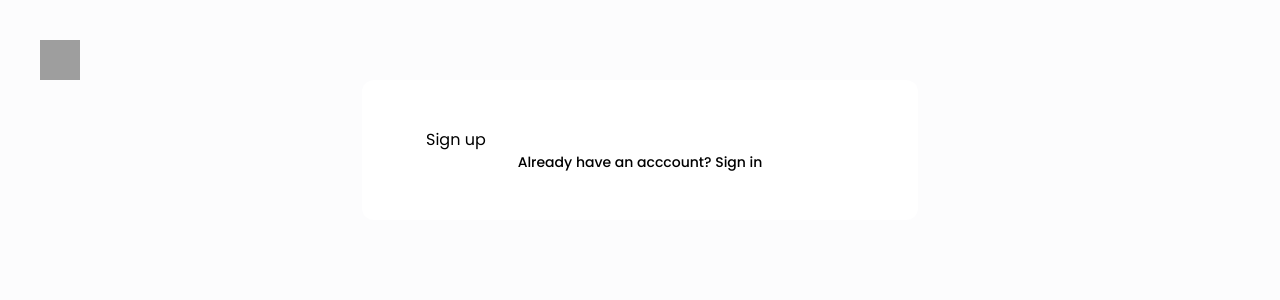
Repository: theweirdboiz/cudotiem-admin
Page: /auth/signup
An editor plug-in stored every save of this project. The page is shown before and after the next save, followed by the edit.
The browser window is 1280 px wide. The pictures show the whole page.
Pictures or frames that could not be fetched are drawn as grey boxes. The project was rebuilt for these pictures with package versions that can differ from the ones it lists, and the page was loaded fresh each time. Some packages were replaced by stand-ins written for this rebuild. Also part of the build but not shown: vite.config.js, src/components/checkbox/Checkbox.jsx, src/components/input/Input.jsx, src/components/common/ErrorComponent.jsx, src/layouts/components/header/Header.jsx, src/layouts/components/sidebar/Sidebar.jsx, src/layouts/components/index.jsx, src/layouts/DefaultLayout.jsx.

Above is the page before, as saved 2023-03-07 09:47:46.

### index.html
<!DOCTYPE html>
<html lang="en">
  <head>
    <meta charset="UTF-8" />
    <link rel="icon" type="image/svg+xml" href="/vite.svg" />
    <meta name="viewport" content="width=device-width, initial-scale=1.0" />
    <link rel="preconnect" href="https://fonts.googleapis.com" />
    <link rel="preconnect" href="https://fonts.gstatic.com" crossorigin />
    <link
      href="https://fonts.googleapis.com/css2?family=Poppins:wght@300;400;500;600;700&display=swap"
      rel="stylesheet"
    />
    <title>Vite + React</title>
  </head>
  <body>
    <div id="root"></div>
    <script type="module" src="/src/main.jsx"></script>
  </body>
</html>

### src/main.jsx
import React from "react";
import ReactDOM from "react-dom/client";
import App from "./App";
import "./index.scss";
import { QueryClient, QueryClientProvider } from "@tanstack/react-query";
import { ReactQueryDevtools } from "@tanstack/react-query-devtools";
import { Provider } from "react-redux";
import { store } from "./store/configStore";

const client = new QueryClient();

ReactDOM.createRoot(document.getElementById("root")).render(
  <React.StrictMode>
    <QueryClientProvider client={client}>
      <Provider store={store}>
        <App />
      </Provider>
      <ReactQueryDevtools initialIsOpen={false} />
    </QueryClientProvider>
  </React.StrictMode>
);

### src/App.jsx
import { Fragment, useState } from "react";
import { BrowserRouter as Router, Routes, Route } from "react-router-dom";
import { publicRoutes, privateRoutes } from "@routes";
import { DefaultLayout } from "@layouts";

function App() {
  return (
    <Router>
      <Routes>
        {/* {publicRoutes.map((route, index) => {
          const Page = route.component;
          const Layout = route.layout === null ? Fragment : DefaultLayout;
          return (
            <Route
              key={index}
              path={route.path}
              element={
                <Layout>
                  <Page />
                </Layout>
              }
            />
          );
        })}*/}
        {privateRoutes.map((route, index) => {
          const Page = route.component;
          let Layout = DefaultLayout;
          if (route.layout === null) {
            Layout = Fragment;
          } else {
            Layout = route.layout;
          }
          return (
            <Route
              key={index}
              path={route.path}
              element={
                <Layout>
                  <Page />
                </Layout>
              }
            />
          );
        })}
      </Routes>
    </Router>
  );
}

export default App;

### src/index.scss
@tailwind base;
@tailwind components;
@tailwind utilities;

@layer base {
  body {
    @apply font-primary  text-base;
  }
}

### src/store/configStore.jsx
import createSagaMiddleware from "@redux-saga/core";
import { configureStore } from "@reduxjs/toolkit";
import logger from "redux-logger";

const sagaMiddleware = createSagaMiddleware();

export const store = configureStore({
  reducer: {},
  middleware: (gDM) => gDM().concat(logger, sagaMiddleware),
});

### src/layouts/index.jsx
export { default as DefaultLayout } from "./DefaultLayout";
export { default as AuthLayout } from "./AuthLayout";

### src/routes/routes.jsx
import { RoutesConfig } from "@config/";

// import { SignUpPage } from "@pages";

import { AuthLayout } from "@layouts";
import { lazy } from "react";

const SignUpPage = lazy(() => import("@pages/auth/SingUpPage"));

const publicRoutes = [
  // {
  //   path: RoutesConfig.dashboard,
  //   component: Dashboard,
  //   text: "dashboard",
  // },
  // {
  //   path: RoutesConfig.order,
  //   component: OrderManagement,
  //   text: "order",
  // },
  // {
  //   path: RoutesConfig.post,
  //   component: PostManagement,
  //   text: "post",
  // },
  // {
  //   path: RoutesConfig.user,
  //   component: UserManagement,
  //   text: "user",
  // },
];
const privateRoutes = [
  // {
  //   path: RoutesConfig.login,
  //   component: Login,
  //   layout: AuthLayout,
  // },
  // {
  //   path: RoutesConfig.register,
  //   component: Register,
  //   layout: AuthLayout,
  // },
  {
    path: RoutesConfig.signup,
    component: SignUpPage,
    layout: AuthLayout,
  },
];

export { publicRoutes, privateRoutes };

### src/layouts/AuthLayout.jsx
import React from "react";
import PropTypes from "prop-types";
import { Link } from "react-router-dom";
import { withErrorBoundary } from "react-error-boundary";
import { ErrorComponent } from "@components";

import brand from "../assets/react.svg";

const AuthLayout = ({ children }) => {
  return (
    <div className="min-h-screen bg-lite p-10">
      <Link to="">
        <img src={brand} alt="" className="w-10 h-10" />
      </Link>
      <div className="w-full bg-white max-w-[556px] rounded-xl px-5 py-8 lg:px-16 lg:py-12 mx-auto">
        {children}
      </div>
    </div>
  );
};

AuthLayout.propTypes = {
  children: PropTypes.node,
};

export default withErrorBoundary(AuthLayout, {
  FallbackComponent: ErrorComponent,
});

### src/config/index.jsx
export { default as RoutesConfig } from "./routes-config/RoutesConfig";

### src/pages/auth/SingUpPage.jsx
import React from "react";
import PropTypes from "prop-types";
import { Link } from "react-router-dom";

const SideUpPage = (props) => {
  return (
    <>
      <h3>Sign up</h3>
      <p className="text-center text-sm font-medium">
        Already have an acccount? <Link to="/auth/sign-in">Sign in</Link>
      </p>
    </>
  );
};

SideUpPage.propTypes = {};

export default SideUpPage;

### src/components/index.jsx
export { default as Checkbox } from "./checkbox/Checkbox";
export { default as Input } from "./input/Input";
export { default as ErrorComponent } from "./common/ErrorComponent";

### src/config/routes-config/RoutesConfig.jsx
export const routes = {
  dashboard: "/",
  orders: "/order",
  posts: "/post",
  users: "/user",
  signup: "/auth/signup",
  forget: "/forget-password",
};
export default routes;

### tailwind.config.cjs
/** @type {import('tailwindcss').Config} */
module.exports = {
  content: ["./index.html", "./src/**/*.{js,ts,jsx,tsx}"],
  theme: {
    extend: {
      fontFamily: {
        primary: ["Poppins", "sans-serif"],
      },
    },
    colors: {
      primary: "#1DC071",
      secondary: "#6F49FD",
      "text-1": "#171725",
      "text-2": "#4B5264",
      "text-3": "#808191",
      "text-4": "#B2B3BD",
      "icon-color": "#A2A2A8",
      white: "#FFFFFF",
      "white-soft": "#FCFBFF",
      "gray-soft": "#FCFCFC",
      strock: "#F1F1F3",
      lite: "#FCFCFD",
      error: "#EB5757",
      darkbg: "#13131A",
      darkSecondary: "#1C1C24",
      softDark: "#22222C",
      darkStroke: "#3A3443",
      darkRed: "#422C32",
    },
  },
  plugins: [],
};

Loaded but not shown: src/routes/index.jsx (common file)

After the next save:
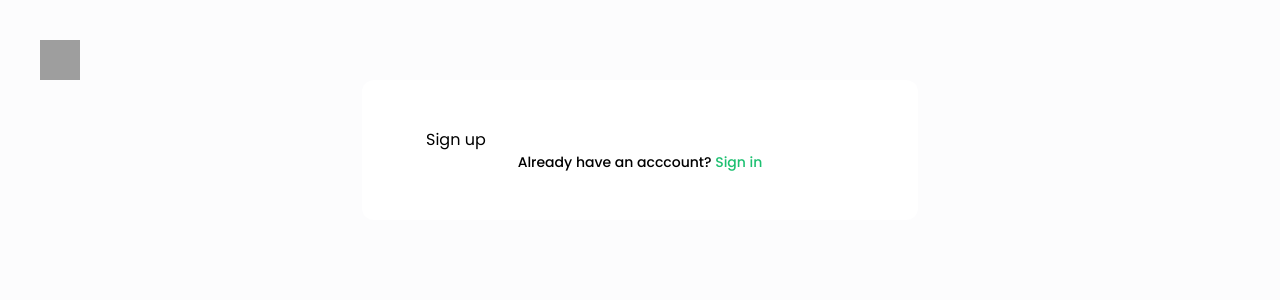
Saved 11 s later.
--- a/src/pages/auth/SingUpPage.jsx
+++ b/src/pages/auth/SingUpPage.jsx
@@ -7,7 +7,10 @@ const SideUpPage = (props) => {
     <>
       <h3>Sign up</h3>
       <p className="text-center text-sm font-medium">
-        Already have an acccount? <Link to="/auth/sign-in">Sign in</Link>
+        Already have an acccount?{" "}
+        <Link className="text-primary" to="/auth/sign-in">
+          Sign in
+        </Link>
       </p>
     </>
   );
